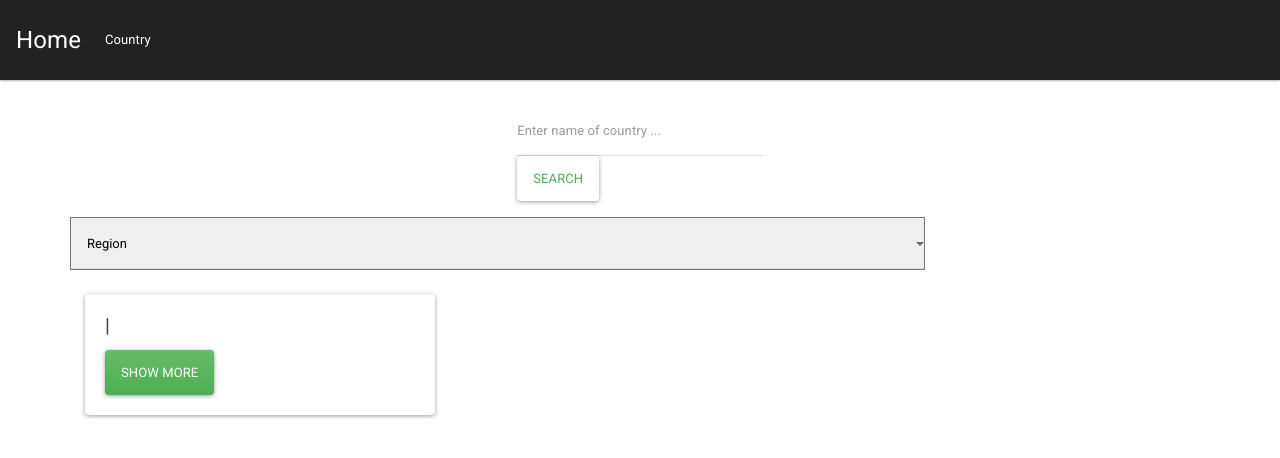
Repository: abdelhak-f/Countries_React
Page: / (app in client/)
An editor plug-in stored every save of this project. The page is shown before and after the next save, followed by the edit.
The browser window is 1280 px wide. The pictures show the whole page.
The page's requests for data from a server got no answer. The project was rebuilt for these pictures with package versions that can differ from the ones it lists, and the page was loaded fresh each time. No one was signed in, and anything a server would have sent is missing. Also part of the build but not shown: client/src/components/countrys/ProfilCountry.jsx.

Above is the page before, as saved 2021-05-12 10:34:38.

After the next save:
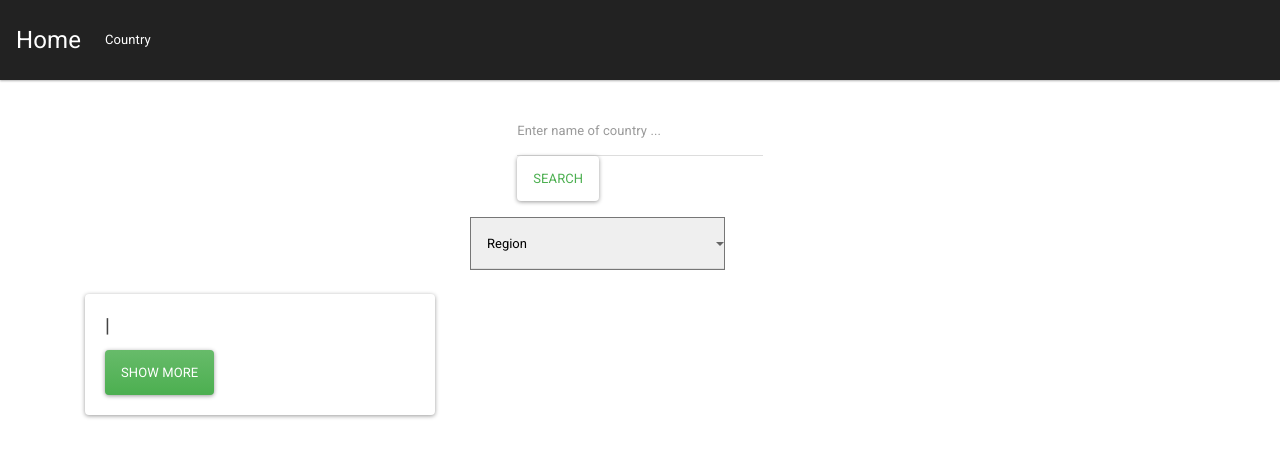
Saved 68 s later.
--- a/client/src/components/countrys/ContinentRegion.jsx
+++ b/client/src/components/countrys/ContinentRegion.jsx
@@ -27,7 +27,7 @@ import React, { useState, useEffect } from "react";
     console.log('code=>', input);
 
     return (
-        <div className= ' select row'>
+        <div className= 'container select col-md-4'>
             <select name='name' onChange={e => setInput(e.target.value)} class="form-select form-select-sm  w-75 p-3" aria-label=".form-select-sm example">
                 <option selected>Region</option>
                 {/* <option value="All">All</option> */}
